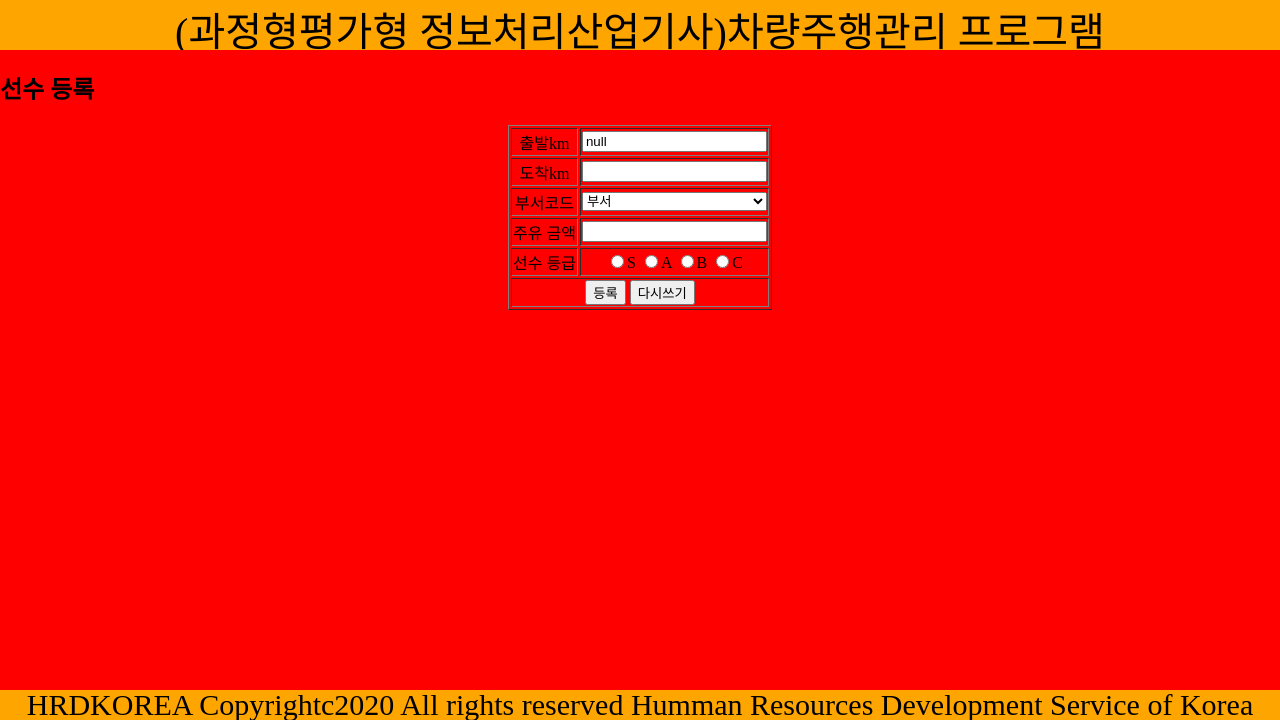
Repository: jeajune0221/information
Page: http://localhost/HRD_2411/join.jsp
These files come from the project's save history. The page is drawn as it stood at one moment and after the next save; the edit follows.
The browser window is 1280 px wide. The pictures show the whole page.
The page is served by Tomcat 9. Queries for data that is not in the repository find no rows.

Above is the page before, as saved 2026-04-13 08:30:18.

### HRD_2411/src/main/webapp/join.jsp
<%@ page language="java" contentType="text/html; charset=UTF-8"
    pageEncoding="UTF-8"%>
        <%@include file = "db_connect.jsp" %>

<!DOCTYPE html>
<html>
<head>
<meta charset="UTF-8">
<title>Insert title here</title>
<link href ="style.css" rel ="stylesheet">
</head>
<body>
<script type = "text/javascript" src = "check.js"></script>
<jsp:include page="header.jsp"></jsp:include>
<section>
<H2>선수 등록</H2>
<form method="post" action ="join_action.jsp" name = "frm" style = "display : flex; align-items : center; justify-content : center; text-align : center">
<table border = 1>
<%
request.setCharacterEncoding("UTF-8");
String pid = "";
try{
	String query ="select max(pid)+1 as pid from giants_player";
	PreparedStatement pstmt = con.prepareStatement(query);
	ResultSet rs = pstmt.executeQuery(query);
	rs.next();
	pid = rs.getString("pid");
}catch (Exception e){

}

 %>


<tr>
<td>출발km</td>
<td><input type ="text" name = "pid" value ="<%= pid %>"  readonly></td>
</tr>
<tr>
<td>도착km</td>
<td><input type ="text" name ="pname"></td>
</tr>
<tr>
<td>부서코드</td>
<td>
<select name ="pposition" style ="width : 100%">
<option value ="">부서</option>
<option value ="영업부">[10]영업부</option>
<option value ="총무부">[20]총무부</option>
<option value ="구매부">[30]구매부</option>
<option value ="개발부">[40]개발부</option>

</select>
</td>
</tr>
<tr>
<td>주유 금액</td>
<td><input type="text" name =""></td>
</tr>
<tr>
<td>선수 등급</td>
<td><input type ="radio" name = "pgrade" value ="S" >S
<input type ="radio" name = "pgrade" value ="A" >A
<input type ="radio" name = "pgrade" value ="B">B
<input type ="radio" name = "pgrade" value ="C">C</td>
</tr>
<tr>
<td colspan = 2>
<input type = "submit" value ="등록" onclick ="return checkJoin()">
<input type = "reset" value ="다시쓰기" onclick = "rewrite()">

</td>
</tr>

</table>
</form>
</section>
<jsp:include page="footer.jsp"></jsp:include>
</body>
</html>

### HRD_2411/src/main/webapp/db_connect.jsp
<%@ page language="java" contentType="text/html; charset=UTF-8"
    pageEncoding="UTF-8"%>
<%@ page import = "java.sql.*" %>
<%
Class.forName("oracle.jdbc.OracleDriver");
Connection con = DriverManager.getConnection("jdbc:oracle:thin:@//localhost:1521/xe","system","1234");
%>

### HRD_2411/src/main/webapp/header.jsp
<%@ page language="java" contentType="text/html; charset=UTF-8"
    pageEncoding="UTF-8"%>
<!DOCTYPE html>
<html>
<head>
<meta charset="UTF-8">
<title>Insert title here</title>
<link href = "style.css" rel = "stylesheet">

</head>
<body>
<header>(과정형평가형 정보처리산업기사)차량주행관리 프로그램</header>
<nav>
<a href="list.jsp">차량 조회</a>
<a href="join.jsp">주행내역등록</a>
<a href="drivelist.jsp">주행내역조회</a>
<a href="drivestatus.jsp">부서별주행통계</a>
<a href="index.jsp">홈으로</a>



</nav>
</body>
</html>

### HRD_2411/src/main/webapp/footer.jsp
<%@ page language="java" contentType="text/html; charset=UTF-8"
    pageEncoding="UTF-8"%>
<!DOCTYPE html>
<html>
<head>
<meta charset="UTF-8">
<title>Insert title here</title>
<link href = "style.css" rel = "stylesheet">

</head>
<body>
<footer>HRDKOREA Copyrightc2020 All rights reserved Humman Resources Development Service of Korea</footer>
</body>
</html>

### HRD_2411/src/main/webapp/style.css
@charset "UTF-8";

header{
	position :fixed;
	top:0px;
	left : 0px;
	width : 100%;
	height : 70px;
	background : orange;
	text-align:center;
	font-size : 40px;
}
nav{
	position : fixed;
	top : 70px;
	left : 0px;
	width : 100%;
	height : 40px;
	background : pink;
	line-height : 40px;
	padding-left : 20px;
	font-size : 20px;
}
section{
	display : fixed;
	position : fixed;
	top : 50px;
	left : 0px;
	width : 100%;
	height : 100%;
	background : lightgray;
	text-align : center;
	justify-content: center;
	align-items: center;
	text-align: left;
	background : red;
}

footer{
	position : fixed;
	bottom : 0px;
	left : 0px;
	width : 100%;
	height : 30px;
	background : orange;
	line-height : 30px;
	text-align : center;
	font-size : 30px;

}

### HRD_2411/src/main/webapp/check.js
function checkJoin() {
    if(frm.drv_date.value.length==0) {
        alert("주행일자가 입력되지 않았습니다!")
        frm.drv_date.focus();
        return false;
    }

    //모든 속성에 대해 유효성 검사
    if(frm.car_no.value=="") {
        alert("차량번호가 입력되지 않았습니다!")
        frm.car_no.focus();
        return false;
    }

    if(frm.drv_start.value=="") {
        alert("출발Km 입력되지 않았습니다.")
        frm.drv_start.focus();
        return false;
    }

    if(frm.drv_end.value=="") {
        alert("도착Km 입력되지 않았습니다.")
        frm.drv_end.focus();
        return false;
    }
    if(frm.dept[0].checked == false && frm.dept[1].checked == false && frm.dept[2].checked == false && frm.pgrade[3].checked == false){
		alert('부서코드가 선택되지 않았습니다! ')
		frm.dept[0].focus()
		return false;
	}
	if(frm.drv_money.value = ""){
		alert("주유금액이 입력되지 않았습니다!")
		frm.drv_money.focus();
	}
}
function rewrite(){
	alert("정보를 지우고 처음부터 다시 입력 합니다.")
}

After the next save:
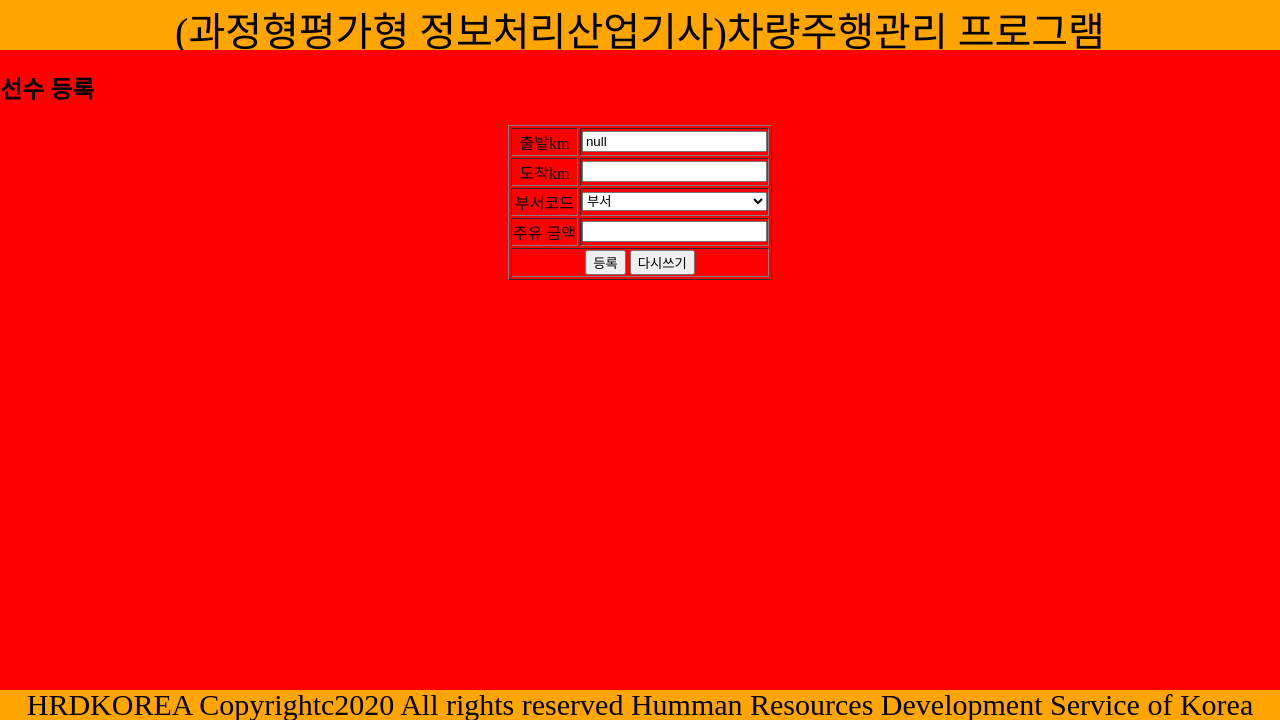
Saved 13 s later.
--- a/HRD_2411/src/main/webapp/join.jsp
+++ b/HRD_2411/src/main/webapp/join.jsp
@@ -58,13 +58,6 @@
 <td><input type="text" name =""></td>
 </tr>
 <tr>
-<td>선수 등급</td>
-<td><input type ="radio" name = "pgrade" value ="S" >S
-<input type ="radio" name = "pgrade" value ="A" >A
-<input type ="radio" name = "pgrade" value ="B">B
-<input type ="radio" name = "pgrade" value ="C">C</td>
-</tr>
-<tr>
 <td colspan = 2>
 <input type = "submit" value ="등록" onclick ="return checkJoin()">
 <input type = "reset" value ="다시쓰기" onclick = "rewrite()">
